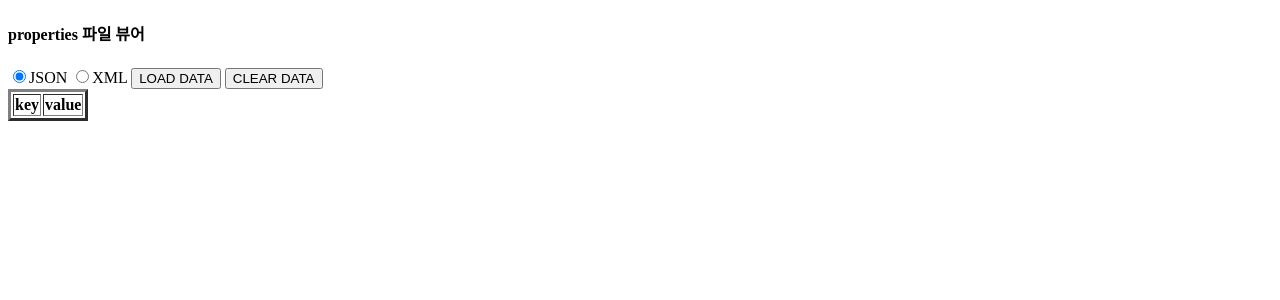
Repository: YOUNARAE/JSP
Page: http://localhost/WebStudy01/03/props/propsView.do
These files come from the project's save history. The page is drawn as it stood at one moment and after the next save; the edit follows.
The browser window is 1280 px wide. The pictures show the whole page.
The page is served by Tomcat 9. Other server files are loaded and not shown.

Above is the page before, as saved 2022-12-09 09:38:32.

### WebStudy01/src/main/webapp/WEB-INF/views/03/propsView.jsp
<%@ page language="java" contentType="text/html; charset=UTF-8" pageEncoding="UTF-8"%>
<!DOCTYPE html>
<html>
<head>
<meta charset="UTF-8">
<title>Insert title here</title>
<script type="text/javascript" src="<%=request.getContextPath() %>/resources/jquery-3.6.1.min.js"></script>
</head>
<body>
<h4>properties  파일 뷰어</h4>
<!-- <img src="../../resources/images/cat1.jpg" /> -->

<label>
	<input type="radio" name="dataType" value="json" checked="checked"/>JSON
</label>
<label>
	<input type="radio" name="dataType" value="xml"/>XML
</label>
<button type="button" class="loadData">LOAD DATA</button>
<button type="button" class="clearData">CLEAR DATA</button>
<table border="3px">
	<thead>
		<tr>
			<th>key</th>
			<th>value</th>
		</tr>
	</thead>
	<tbody id="listBody" >

	</tbody>
</table>
<script type="text/javascript">
	let listBody = $("#listBody");
	let dataTypes = $("[name=dataType]");
	let markTrTag=function(name, value){
		let tr = $("<tr>").append(
				$("<td>").html(name),
				$("<td>").html(value)
			);
		return tr;
	}
	let sucesses = {
		json:function(resp){
			let trTags = [];
			$.each(resp, function(name, value){
				trTags.push(makeTrTag(name, value));
			})
			listBody.empty();
			listBody.append(trTags);
		},
		xml:function(domResp){
			let root = $(domResp).find("Properties");
			let trTags = [];
			rood.children().each(function(idx,child){
				let name = child.tagName;
				let value = child.innerHTML;
				let tr = maketTrTag(name, value);
				trTags.push(tr);
			});
			listBody.empty();
			listBody.append(trTags);
		}
	}
	let btn = $(".loadData").on("click",function(){
		let dataType = dataTypes.filter(":checked").val();
		$.ajax({
			dataType : dataType,
			success : sucesses[dataType],
			error : function(jqXHR, status, error) {
				console.log(jqXHR);
				console.log(status);
				console.log(error);
			}
		});
	});
	let clearBtn = $(".clearData").on("click",function(){
		listBody.empty();
	});
</script>
</body>
</html>

### WebStudy01/src/main/java/kr/or/ddit/servlet04/PropertiesControllerServlet.java
package kr.or.ddit.servlet04;

import java.io.BufferedWriter;
import java.io.File;
import java.io.FileWriter;
import java.io.IOException;
import java.io.InputStream;
import java.io.PrintWriter;
import java.util.Enumeration;
import java.util.LinkedHashMap;
import java.util.Map;
import java.util.Properties;

import javax.servlet.ServletException;
import javax.servlet.annotation.WebServlet;
import javax.servlet.http.HttpServlet;
import javax.servlet.http.HttpServletRequest;
import javax.servlet.http.HttpServletResponse;

import com.fasterxml.jackson.databind.ObjectMapper;
import com.fasterxml.jackson.dataformat.xml.XmlMapper;

import kr.or.ddit.servlet01.DescriptionServlet;
import kr.or.ddit.servlet04.service.PropertiesService;
import kr.or.ddit.servlet04.service.PropertiesServiceImpl;

@WebServlet("/03/props/propsView.do")
public class PropertiesControllerServlet extends HttpServlet{
	private PropertiesService service = new PropertiesServiceImpl();

	@Override
	protected void doGet(HttpServletRequest req, HttpServletResponse resp) throws ServletException, IOException {
		String accept = req.getHeader("Accept"); // */*

		Object target = service.retrieveData(); //모델확보
		req.setAttribute("target", target); //모델 공유

		String path = null;

		if(accept.startsWith("*/*")||accept.toLowerCase().contains("html")) {
			path = "/WEB-INF/views/03/propsView.jsp"; //모델 선택
		} else if(accept.toLowerCase().contains("json")) {
			path = "/jsonView.do";
		} else if(accept.toLowerCase().contains("xml")){
			path = "/xmlView.do";
		}
		req.getRequestDispatcher(path).forward(req, resp); //4.모델이동

	}
}

### WebStudy01/src/main/java/kr/or/ddit/servlet04/service/PropertiesServiceImpl.java
package kr.or.ddit.servlet04.service;

import java.io.InputStream;
import java.util.Locale;
import java.util.Properties;
import java.util.ResourceBundle;

import kr.or.ddit.servlet01.DescriptionServlet;

public class PropertiesServiceImpl implements PropertiesService {

	@Override
	public Properties retrieveData() {
		Properties properties = new Properties();
		try(
			InputStream is  = DescriptionServlet.class.getResourceAsStream("/kr/or/ddit/props/DataStore.properties");
		){
			properties.load(is);
		}catch(Exception e) {
			throw new RuntimeException(e);//주의할 점,e를 안 넣으면 완전히 다른 예외가 되어버린다
		}
		return properties;
	}

	public void resourceBundle() {
		String baseName = "kr.or.ddit.props.Message";
		ResourceBundle bundle = ResourceBundle.getBundle(baseName, Locale.ENGLISH);
	}

}

Loaded but not shown: WebStudy01/src/main/webapp/resources/jquery-3.6.1.min.js (library); WebStudy01/src/main/webapp/resources/js/jquery-3.6.1.min.js (library)

After the next save:
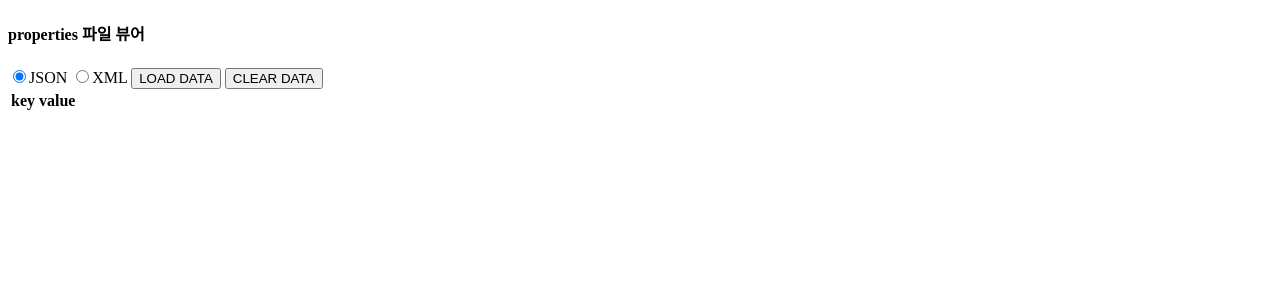
Saved 61 s later.
--- a/WebStudy01/src/main/webapp/WEB-INF/views/03/propsView.jsp
+++ b/WebStudy01/src/main/webapp/WEB-INF/views/03/propsView.jsp
@@ -1,41 +1,41 @@
-<%@ page language="java" contentType="text/html; charset=UTF-8" pageEncoding="UTF-8"%>
+<%@ page language="java" contentType="text/html; charset=UTF-8"
+    pageEncoding="UTF-8"%>
 <!DOCTYPE html>
 <html>
 <head>
 <meta charset="UTF-8">
 <title>Insert title here</title>
-<script type="text/javascript" src="<%=request.getContextPath() %>/resources/jquery-3.6.1.min.js"></script>
+<script type="text/javascript" src="<%=request.getContextPath() %>/resources/js/jquery-3.6.1.min.js"></script>
 </head>
 <body>
-<h4>properties  파일 뷰어</h4>
+<h4> properties 파일 뷰어 </h4>
 <!-- <img src="../../resources/images/cat1.jpg" /> -->
-
 <label>
-	<input type="radio" name="dataType" value="json" checked="checked"/>JSON
+	<input type="radio" name="dataType" value="json" checked />JSON
 </label>
 <label>
-	<input type="radio" name="dataType" value="xml"/>XML
+	<input type="radio" name="dataType" value="xml" />XML
 </label>
 <button type="button" class="loadData">LOAD DATA</button>
 <button type="button" class="clearData">CLEAR DATA</button>
-<table border="3px">
+<table>
 	<thead>
 		<tr>
 			<th>key</th>
 			<th>value</th>
 		</tr>
 	</thead>
-	<tbody id="listBody" >
+	<tbody id="listBody">
 
 	</tbody>
 </table>
 <script type="text/javascript">
 	let listBody = $("#listBody");
 	let dataTypes = $("[name=dataType]");
-	let markTrTag=function(name, value){
+	let makeTrTag=function(name, value){
 		let tr = $("<tr>").append(
-				$("<td>").html(name),
-				$("<td>").html(value)
+				$("<td>").html(name)
+				, $("<td>").html(value)
 			);
 		return tr;
 	}
@@ -44,24 +44,24 @@
 			let trTags = [];
 			$.each(resp, function(name, value){
 				trTags.push(makeTrTag(name, value));
-			})
+			});
 			listBody.empty();
 			listBody.append(trTags);
 		},
 		xml:function(domResp){
 			let root = $(domResp).find("Properties");
 			let trTags = [];
-			rood.children().each(function(idx,child){
+			root.children().each(function(idx, child){
 				let name = child.tagName;
 				let value = child.innerHTML;
-				let tr = maketTrTag(name, value);
+				let tr = makeTrTag(name, value);
 				trTags.push(tr);
 			});
 			listBody.empty();
 			listBody.append(trTags);
 		}
 	}
-	let btn = $(".loadData").on("click",function(){
+	let btn = $(".loadData").on("click", function(){
 		let dataType = dataTypes.filter(":checked").val();
 		$.ajax({
 			dataType : dataType,
@@ -73,7 +73,7 @@
 			}
 		});
 	});
-	let clearBtn = $(".clearData").on("click",function(){
+	let clearBtn = $(".clearData").on("click", function(){
 		listBody.empty();
 	});
 </script>

After the save that followed:
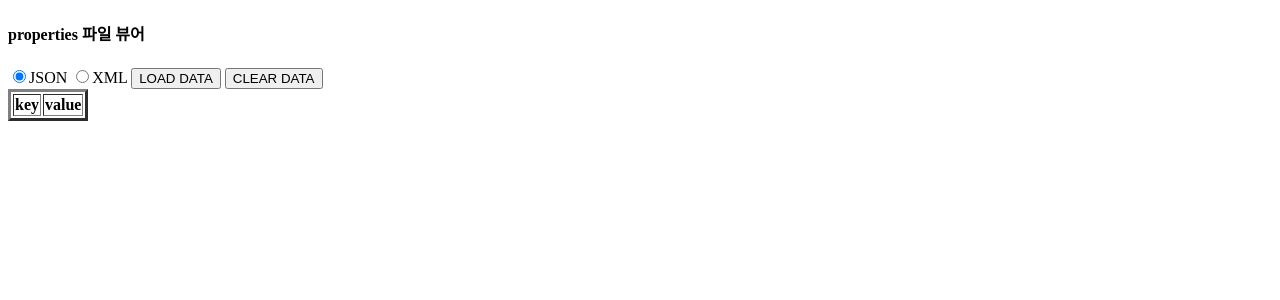
Saved 6 s later.
--- a/WebStudy01/src/main/webapp/WEB-INF/views/03/propsView.jsp
+++ b/WebStudy01/src/main/webapp/WEB-INF/views/03/propsView.jsp
@@ -1,41 +1,41 @@
-<%@ page language="java" contentType="text/html; charset=UTF-8"
-    pageEncoding="UTF-8"%>
+<%@ page language="java" contentType="text/html; charset=UTF-8" pageEncoding="UTF-8"%>
 <!DOCTYPE html>
 <html>
 <head>
 <meta charset="UTF-8">
 <title>Insert title here</title>
-<script type="text/javascript" src="<%=request.getContextPath() %>/resources/js/jquery-3.6.1.min.js"></script>
+<script type="text/javascript" src="<%=request.getContextPath() %>/resources/jquery-3.6.1.min.js"></script>
 </head>
 <body>
-<h4> properties 파일 뷰어 </h4>
+<h4>properties  파일 뷰어</h4>
 <!-- <img src="../../resources/images/cat1.jpg" /> -->
+
 <label>
-	<input type="radio" name="dataType" value="json" checked />JSON
+	<input type="radio" name="dataType" value="json" checked="checked"/>JSON
 </label>
 <label>
-	<input type="radio" name="dataType" value="xml" />XML
+	<input type="radio" name="dataType" value="xml"/>XML
 </label>
 <button type="button" class="loadData">LOAD DATA</button>
 <button type="button" class="clearData">CLEAR DATA</button>
-<table>
+<table border="3px">
 	<thead>
 		<tr>
 			<th>key</th>
 			<th>value</th>
 		</tr>
 	</thead>
-	<tbody id="listBody">
+	<tbody id="listBody" >
 
 	</tbody>
 </table>
 <script type="text/javascript">
 	let listBody = $("#listBody");
 	let dataTypes = $("[name=dataType]");
-	let makeTrTag=function(name, value){
+	let markTrTag=function(name, value){
 		let tr = $("<tr>").append(
-				$("<td>").html(name)
-				, $("<td>").html(value)
+				$("<td>").html(name),
+				$("<td>").html(value)
 			);
 		return tr;
 	}
@@ -44,24 +44,24 @@
 			let trTags = [];
 			$.each(resp, function(name, value){
 				trTags.push(makeTrTag(name, value));
-			});
+			})
 			listBody.empty();
 			listBody.append(trTags);
 		},
 		xml:function(domResp){
 			let root = $(domResp).find("Properties");
 			let trTags = [];
-			root.children().each(function(idx, child){
+			rood.children().each(function(idx,child){
 				let name = child.tagName;
 				let value = child.innerHTML;
-				let tr = makeTrTag(name, value);
+				let tr = maketTrTag(name, value);
 				trTags.push(tr);
 			});
 			listBody.empty();
 			listBody.append(trTags);
 		}
 	}
-	let btn = $(".loadData").on("click", function(){
+	let btn = $(".loadData").on("click",function(){
 		let dataType = dataTypes.filter(":checked").val();
 		$.ajax({
 			dataType : dataType,
@@ -73,7 +73,7 @@
 			}
 		});
 	});
-	let clearBtn = $(".clearData").on("click", function(){
+	let clearBtn = $(".clearData").on("click",function(){
 		listBody.empty();
 	});
 </script>
